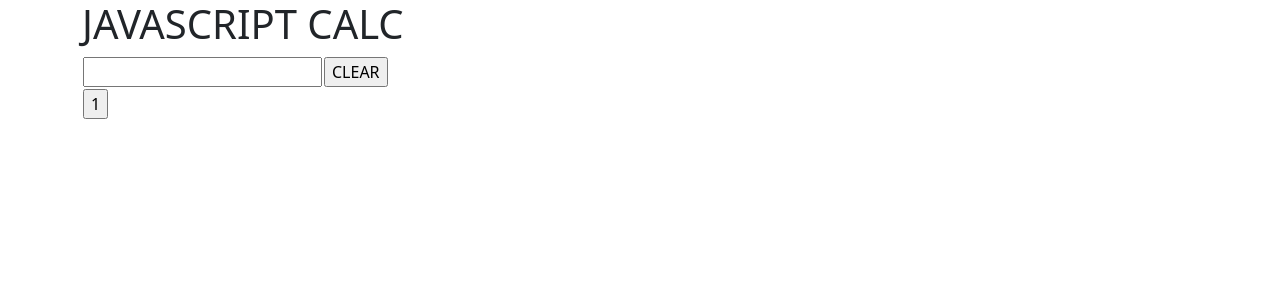
Repository: harryninja/14JsReact
Page: CalcJS/index.html
The author's editor kept a copy of each file at every save. The page is drawn from the files as they stood at one save, then again after the next save.
The browser window is 1280 px wide. The pictures show the whole page.

Above is the page before, as saved 2022-03-08 22:41:09.

After the next save:
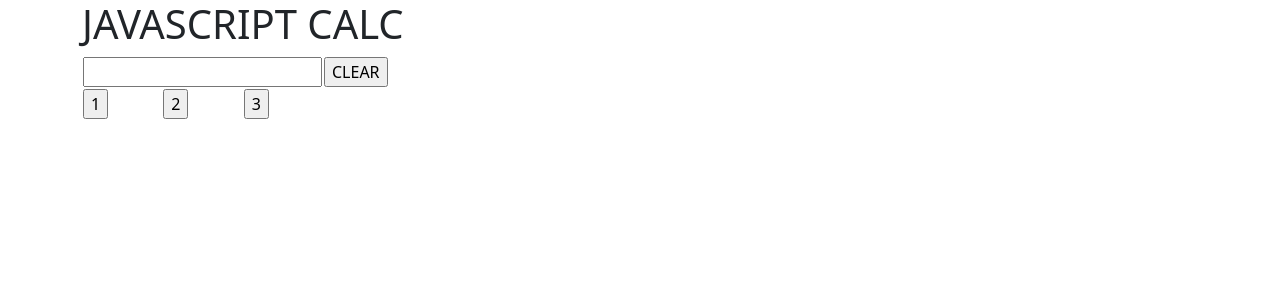
Saved 62 s later.
--- a/CalcJS/index.html
+++ b/CalcJS/index.html
@@ -26,7 +26,9 @@
                         <td><input type="button" value="CLEAR"></td>
                     </tr>
                     <tr>
-                        <td><input type="button" value="1"></td>
+                        <td><input type="button" value="1" onclick="display('1')"></td>
+                        <td><input type="button" value="2" onclick="display('2')"></td>
+                        <td><input type="button" value="3" onclick="display('3')"></td>
                     </tr>
                 </table>
             </div>
